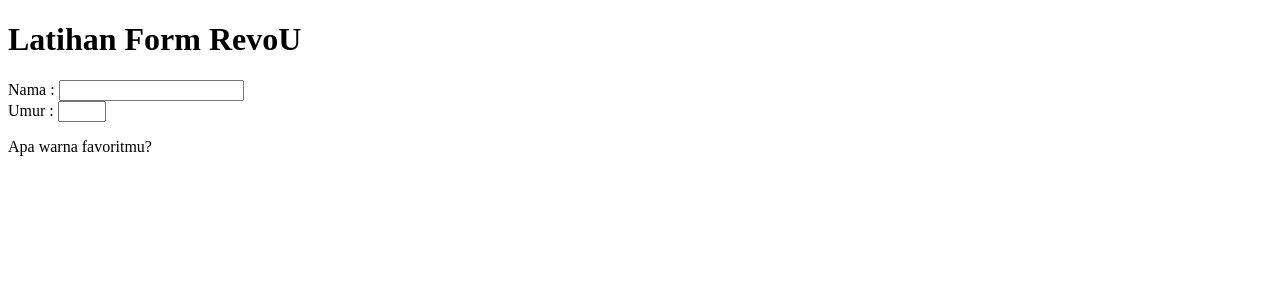
Repository: esramrsln/day2_RevoU
Page: form.html
These files come from the project's save history. The page is drawn as it stood at one moment and after the next save; the edit follows.
The browser window is 1280 px wide. The pictures show the whole page.

Above is the page before, as saved 2024-07-23 21:26:14.

### form.html
<!DOCTYPE html>
<html>
<head>
    <meta charset="UTF-8" />
    <title>Membuat Form sederhana</title>
</head>
<body>
    <h1>Latihan Form RevoU</h1>
    <form>
        <label for="name">Nama :</label>
        <input id="name" type="text"/>
        <br>
        <label for="umur">Umur :</label>
        <input id="umur" type="number" min="1" max="9">
        <p>Apa warna favoritmu?</p>
    </form>
</body>
</html>

After the next save:
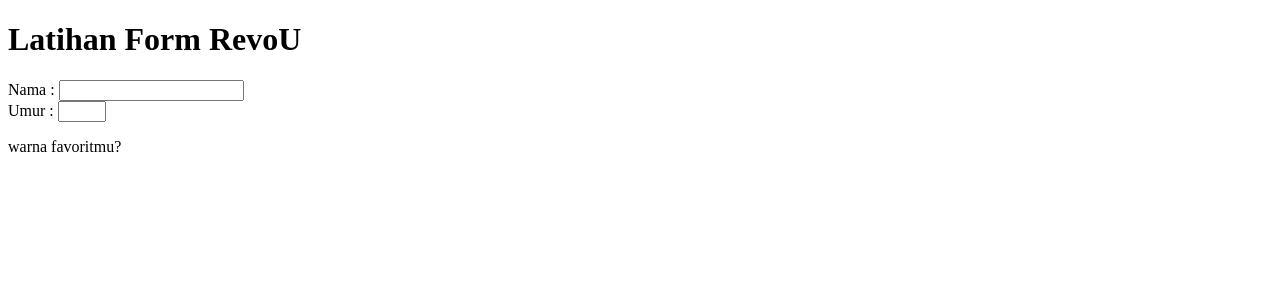
Saved 7 s later.
--- a/form.html
+++ b/form.html
@@ -12,7 +12,7 @@
         <br>
         <label for="umur">Umur :</label>
         <input id="umur" type="number" min="1" max="9">
-        <p>Apa warna favoritmu?</p>
+        <p><b></b> warna favoritmu?</p>
     </form>
 </body>
 </html>
